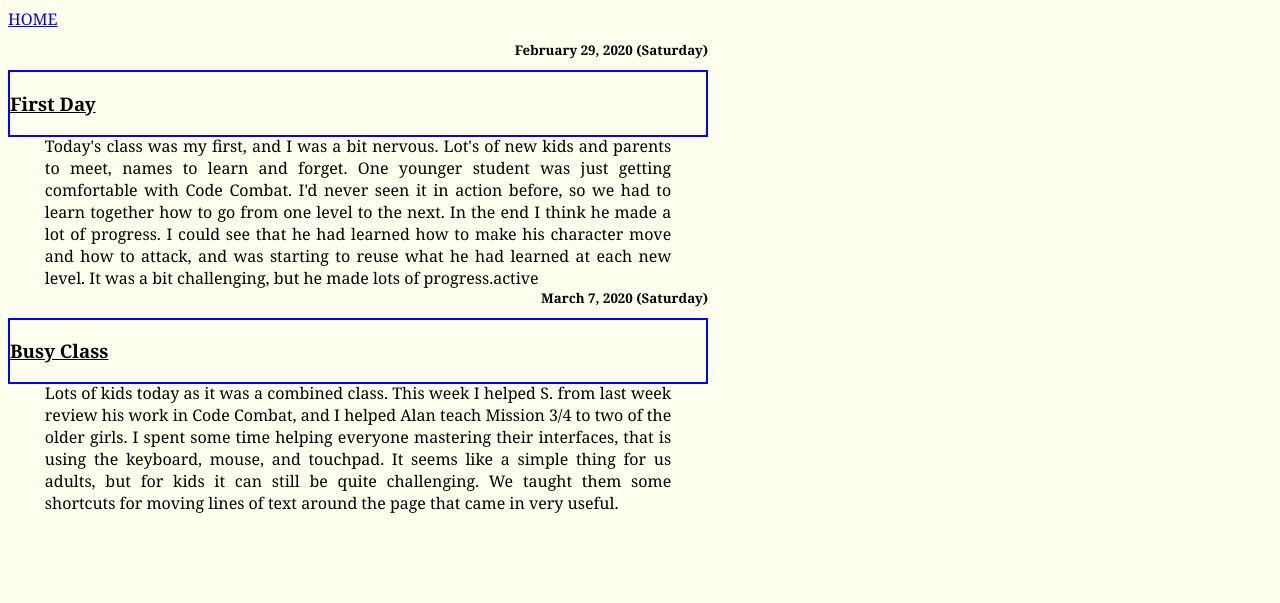
Repository: chocochocosensei/Mission-Exercises
Page: Page1/index.html
An editor plug-in stored every save of this project. The page is shown before and after the next save, followed by the edit.
The browser window is 1280 px wide. The pictures show the whole page.

Above is the page before, as saved 2020-03-11 04:02:28.

After the next save:
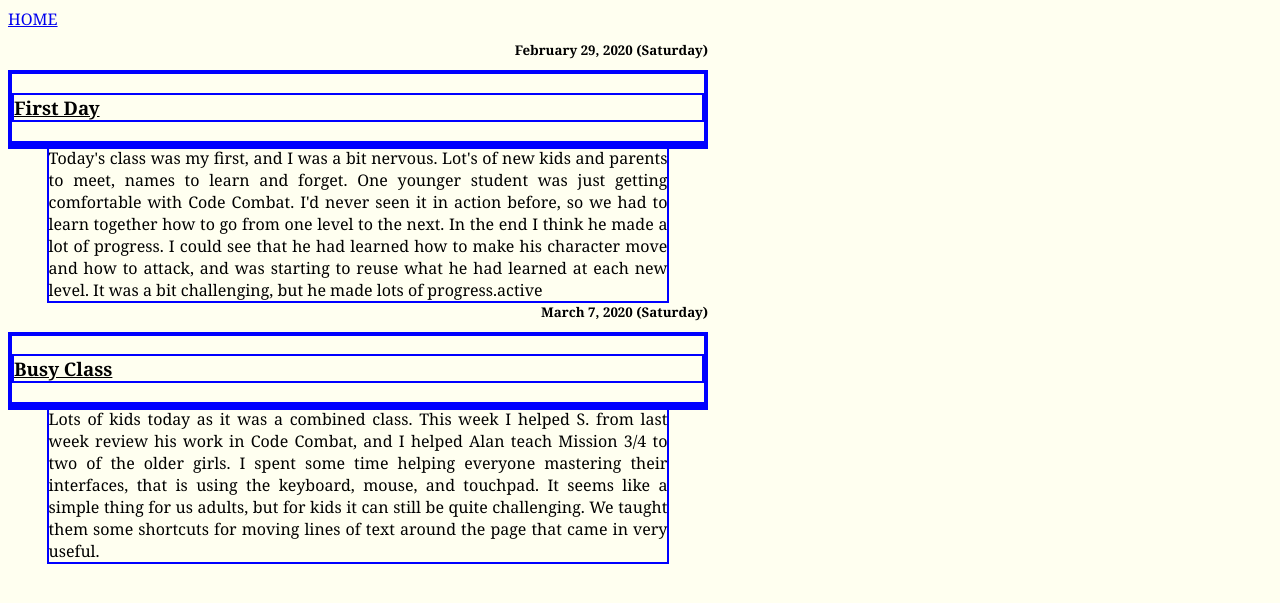
Saved 2 min 11 s later.
--- a/style.css
+++ b/style.css
@@ -13,7 +13,9 @@
     text-align: right;
 }
 
-.section-activity {
+.section-activity {}
+
+.section-activity * {
     border: 2pt solid blue;
 }
 

After the save that followed:
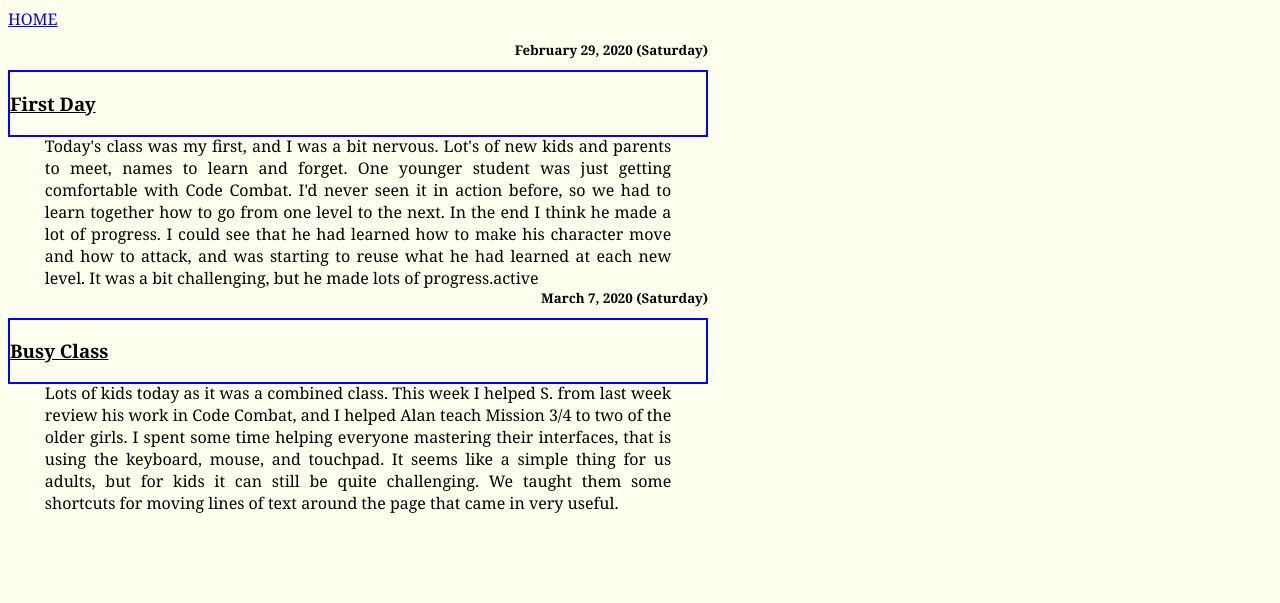
Saved 30 s later.
--- a/style.css
+++ b/style.css
@@ -13,11 +13,11 @@
     text-align: right;
 }
 
-.section-activity {}
-
-.section-activity * {
+.section-activity {
     border: 2pt solid blue;
 }
+
+.section-activity * {}
 
 .section-activity .content p {
     margin: 0 5%;
